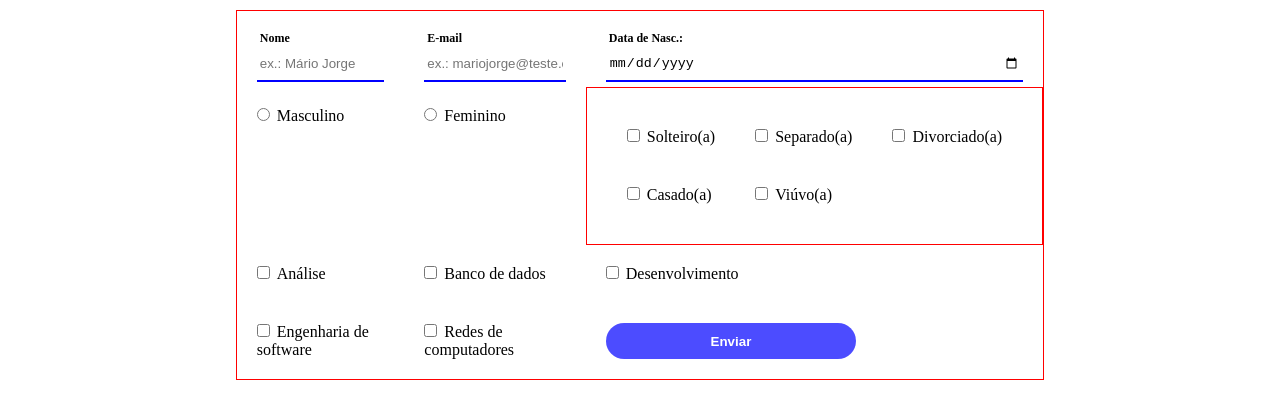
Repository: mjRibeiroTriscal/UVA_Projects
Page: Proj_A1_AVA2_2020_1/index.html
These files come from the project's save history. The page is drawn as it stood at one moment and after the next save; the edit follows.
The browser window is 1280 px wide. The pictures show the whole page.

Above is the page before, as saved 2020-03-13 11:52:30.

After the next save:
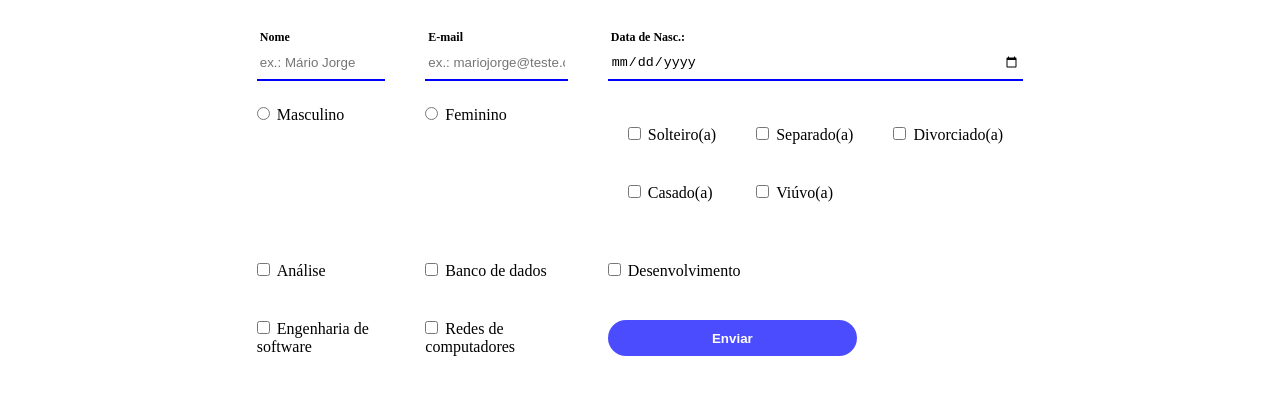
Saved 17 s later.
--- a/Proj_A1_AVA2_2020_1/style.css
+++ b/Proj_A1_AVA2_2020_1/style.css
@@ -66,7 +66,7 @@ input[type=submit]:active {
 
 .gridContainer {
     display: grid;
-    border: 1px solid red;
+    /* border: 1px solid red; */
     grid-template-columns: auto auto auto;
 }
 
